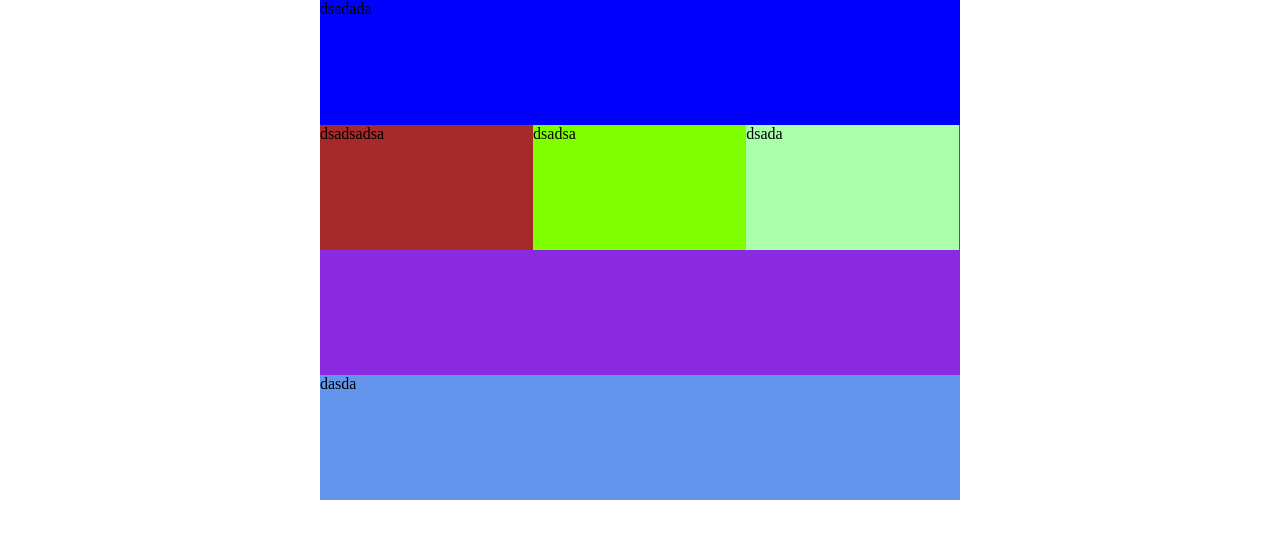
Repository: Gumiin/studia
Page: exercise 1/index.html
An editor plug-in stored every save of this project. The page is shown before and after the next save, followed by the edit.
The browser window is 1280 px wide. The pictures show the whole page.

Above is the page before, as saved 2021-03-10 18:30:35.

After the next save:
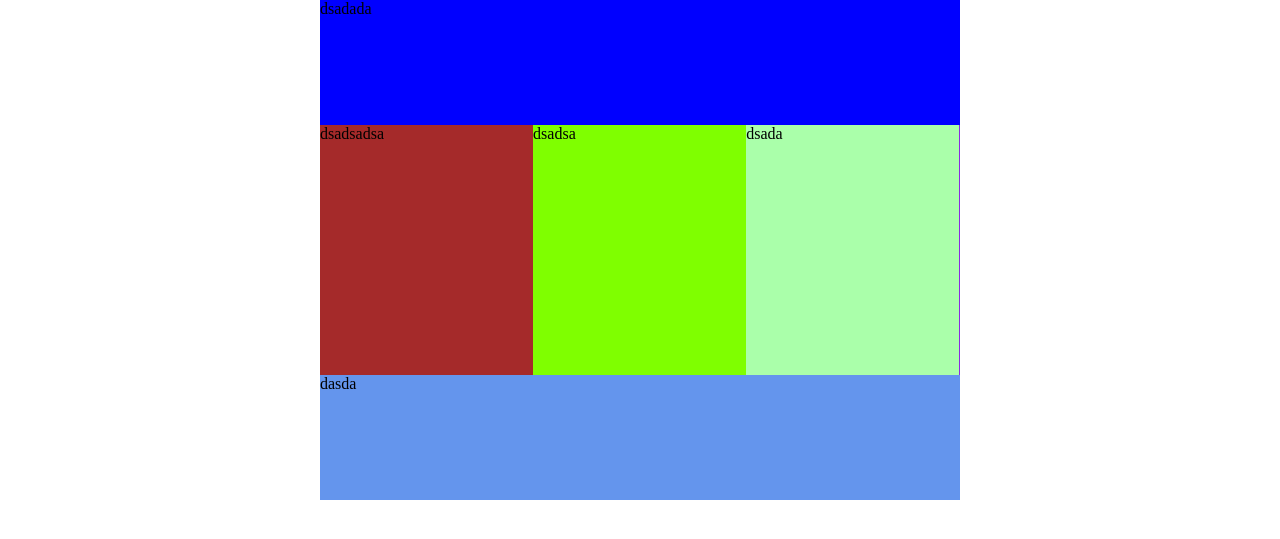
Saved 11 s later.
--- a/exercise 1/style.css
+++ b/exercise 1/style.css
@@ -24,20 +24,20 @@ body{
     background-color: brown;
     width: 33.3%;
     float: left;
-    height: 50%;
+    height: 100%;
 }
 #m_middle{
     background-color: chartreuse;
     width: 33.3%;
     float: left;
-    height: 50%;
+    height: 100%;
 }
 #m_right{
     background-color: #aaffaa;
     position: relative;
     width: 33.3%;
     float: left;
-    height: 50%;
+    height: 100%;
 }
 #footer{
     background-color: cornflowerblue;
